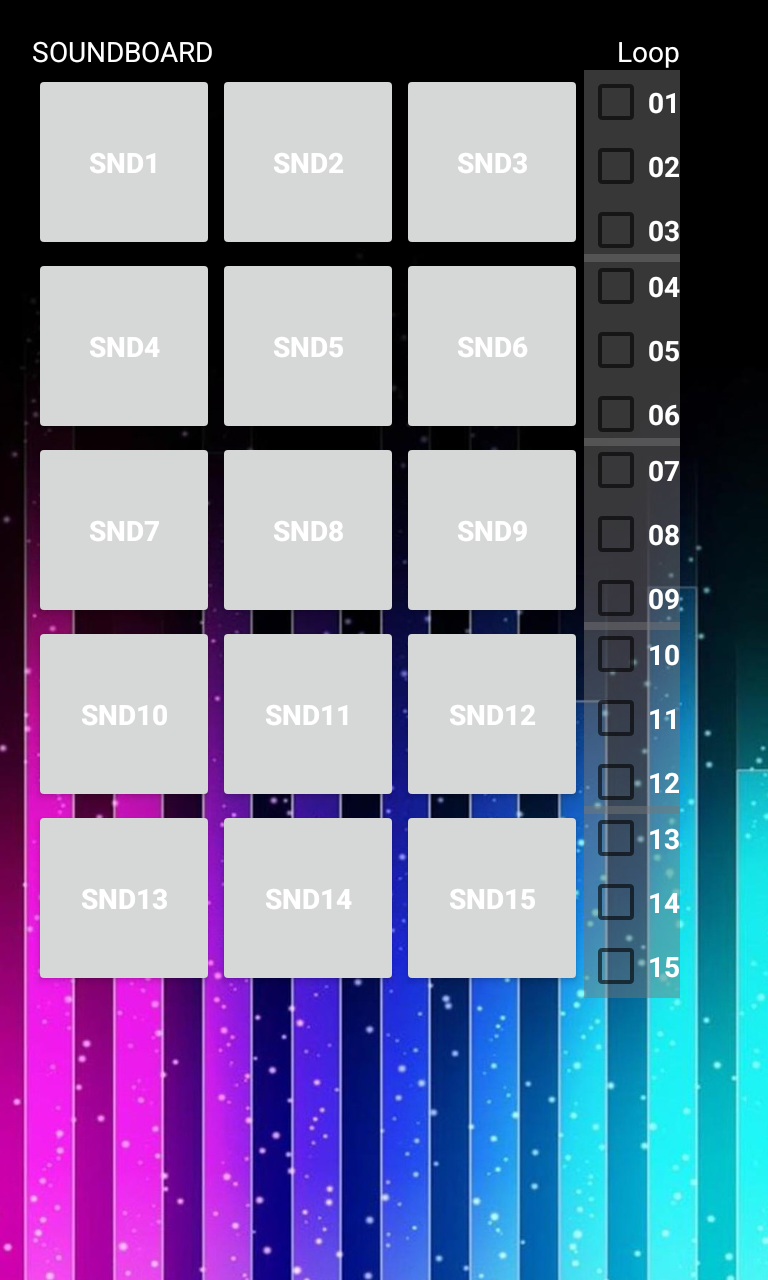
Repository: SoundBoardJAMJ/Project
Layout: workspace/SoundBoard/res/layout/defboard.xml
An editor plug-in stored every save of this project. The layout is shown before and after the next save, followed by the edit.
It is drawn on a 768 x 1280 px phone screen (xhdpi) without system bars, with theme AppTheme; the app's code is not run.

Above is the layout before, as saved 2014-05-02 07:32:05.

After the next save:
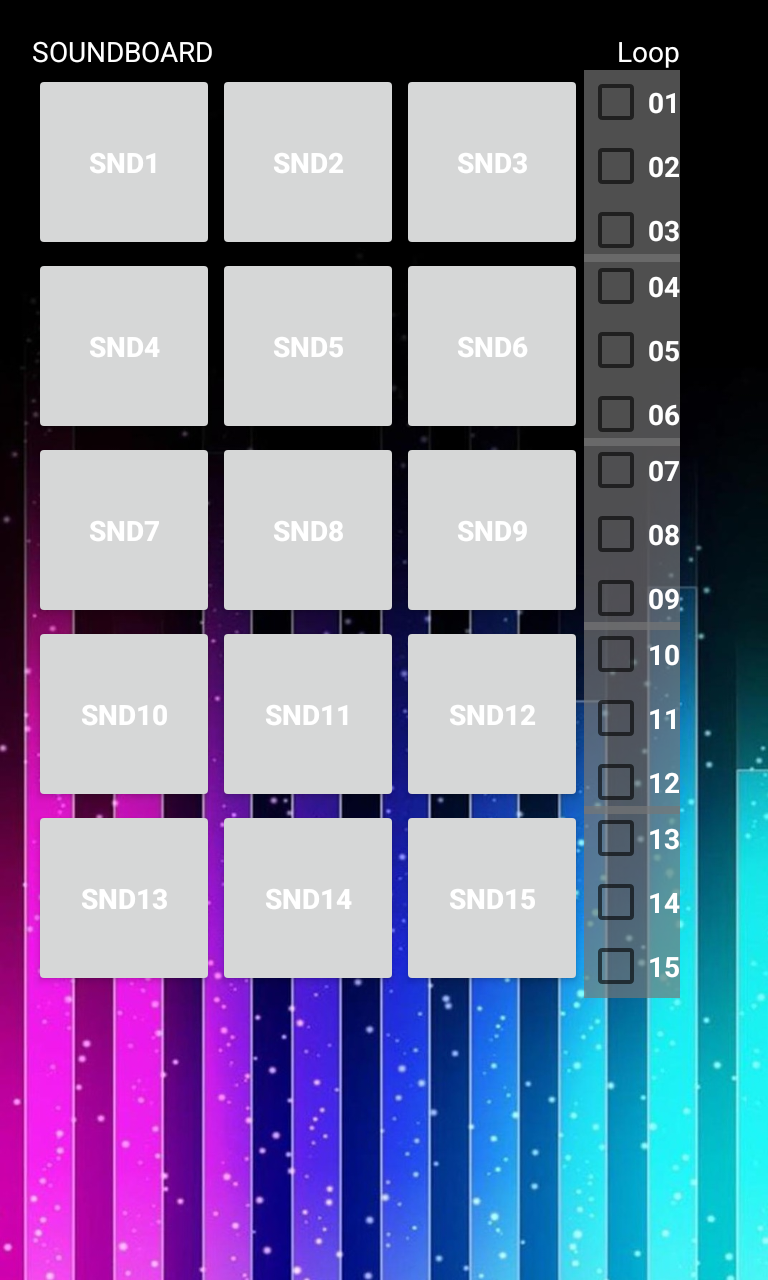
Saved 75 s later.
--- a/workspace/SoundBoard/res/layout/defboard.xml
+++ b/workspace/SoundBoard/res/layout/defboard.xml
@@ -217,7 +217,7 @@ android:layout_height="match_parent" >
         android:alpha="1.0"
         android:onClick="TogOnClick"
         android:text="01"
-        android:background="#77777777"
+        android:background="#AA777777"
         android:textColor="@android:color/white"
         android:textStyle="bold" />
 
@@ -231,7 +231,7 @@ android:layout_height="match_parent" >
         android:textColor="@android:color/white"
         android:alpha="1.0"
         android:textStyle="bold"
-        android:background="#77777777"
+        android:background="#AA777777"
         android:text="02" />
 
     <CheckBox
@@ -244,7 +244,7 @@ android:layout_height="match_parent" >
         android:textColor="@android:color/white"
         android:alpha="1.0"
         android:textStyle="bold"
-        android:background="#77777777"
+        android:background="#AA777777"
         android:text="03" />
 
     <CheckBox
@@ -257,7 +257,7 @@ android:layout_height="match_parent" >
         android:textColor="@android:color/white"
         android:alpha="1.0"
         android:textStyle="bold"
-        android:background="#77777777"
+        android:background="#AA777777"
         android:text="04" />
 
     <CheckBox
@@ -270,7 +270,7 @@ android:layout_height="match_parent" >
         android:textColor="@android:color/white"
         android:alpha="1.0"
         android:textStyle="bold"
-        android:background="#77777777"
+        android:background="#AA777777"
         android:text="05" />
 
     <CheckBox
@@ -282,7 +282,7 @@ android:layout_height="match_parent" >
         android:onClick="TogOnClick"
         android:textColor="@android:color/white"
         android:alpha="1.0"
-        android:background="#77777777"
+        android:background="#AA777777"
         android:textStyle="bold"
         android:text="06" />
 
@@ -296,7 +296,7 @@ android:layout_height="match_parent" >
         android:textColor="@android:color/white"
         android:alpha="1.0"
         android:textStyle="bold"
-        android:background="#77777777"
+        android:background="#AA777777"
         android:text="07" />
 
     <CheckBox
@@ -309,7 +309,7 @@ android:layout_height="match_parent" >
         android:textColor="@android:color/white"
         android:alpha="1.0"
         android:textStyle="bold"
-        android:background="#77777777"
+        android:background="#AA777777"
         android:text="08" />
 
     <CheckBox
@@ -322,7 +322,7 @@ android:layout_height="match_parent" >
         android:textColor="@android:color/white"
         android:alpha="1.0"
         android:textStyle="bold"
-        android:background="#77777777"
+        android:background="#AA777777"
         android:text="09" />
 
     <CheckBox
@@ -335,7 +335,7 @@ android:layout_height="match_parent" >
         android:textColor="@android:color/white"
         android:alpha="1.0"
         android:textStyle="bold"
-        android:background="#77777777"
+        android:background="#AA777777"
         android:text="10" />
 
     <CheckBox
@@ -348,7 +348,7 @@ android:layout_height="match_parent" >
         android:textColor="@android:color/white"
         android:alpha="1.0"
         android:textStyle="bold"
-        android:background="#77777777"
+        android:background="#AA777777"
         android:text="11" />
 
     <CheckBox
@@ -361,7 +361,7 @@ android:layout_height="match_parent" >
         android:textColor="@android:color/white"
         android:alpha="1.0"
         android:textStyle="bold"
-        android:background="#77777777"
+        android:background="#AA777777"
         android:text="12" />
 
     <CheckBox
@@ -374,7 +374,7 @@ android:layout_height="match_parent" >
         android:textColor="@android:color/white"
         android:alpha="1.0"
         android:textStyle="bold"
-        android:background="#77777777"
+        android:background="#AA777777"
         android:text="13" />
 
     <CheckBox
@@ -386,7 +386,7 @@ android:layout_height="match_parent" >
         android:onClick="TogOnClick"
         android:textColor="@android:color/white"
         android:alpha="1.0"
-        android:background="#77777777"
+        android:background="#AA777777"
         android:textStyle="bold"
         android:text="14" />
 
@@ -400,7 +400,7 @@ android:layout_height="match_parent" >
         android:textColor="@android:color/white"
         android:alpha="1.0"
         android:textStyle="bold"
-        android:background="#77777777"
+        android:background="#AA777777"
         android:text="15" />
 
     <TextView
